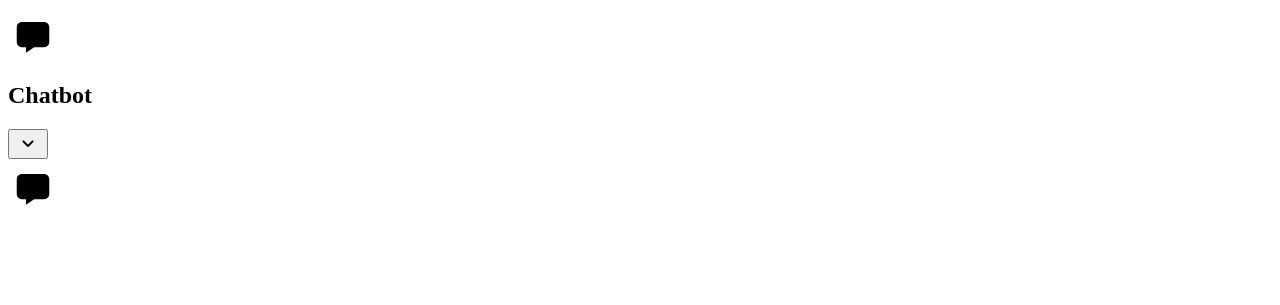
Repository: gogg23/chatbot
Page: / (app in chatbot/)
These files come from the project's save history. The page is drawn as it stood at one moment and after the next save; the edit follows.
The browser window is 1280 px wide. The pictures show the whole page.
The project was rebuilt for these pictures with package versions that can differ from the ones it lists, and the page was loaded fresh each time. Also part of the build but not shown: chatbot/vite.config.js, chatbot/src/index.css.

Above is the page before, as saved 2025-01-09 11:52:19.

After the next save:
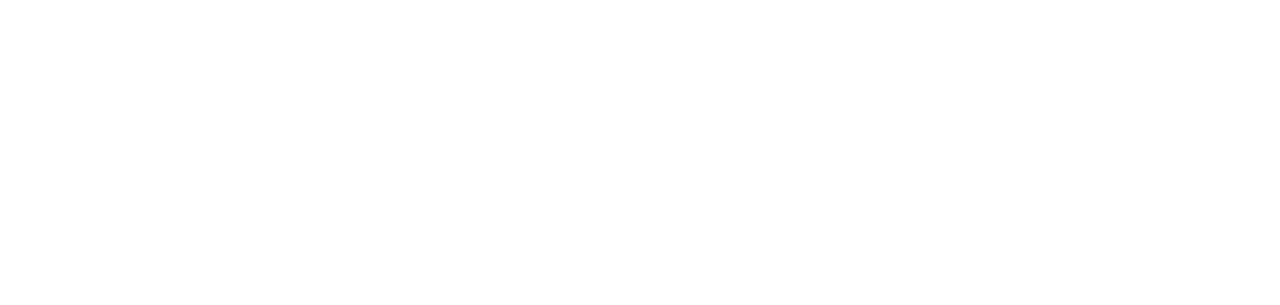
Console error (its wording comes from the project's code and is left out).
Saved 89 s later.
--- a/chatbot/src/App.jsx
+++ b/chatbot/src/App.jsx
@@ -18,7 +18,9 @@
         <div className='chat-body'>
           <div className='message bot-message'>
             <ChatbotIcon />
-            <p className='message-text'></p>
+            <p className='message-text'>
+              Hey there <br>How can I help you today?</br>
+            </p>
           </div>
         </div>
       </div>

After the save that followed:
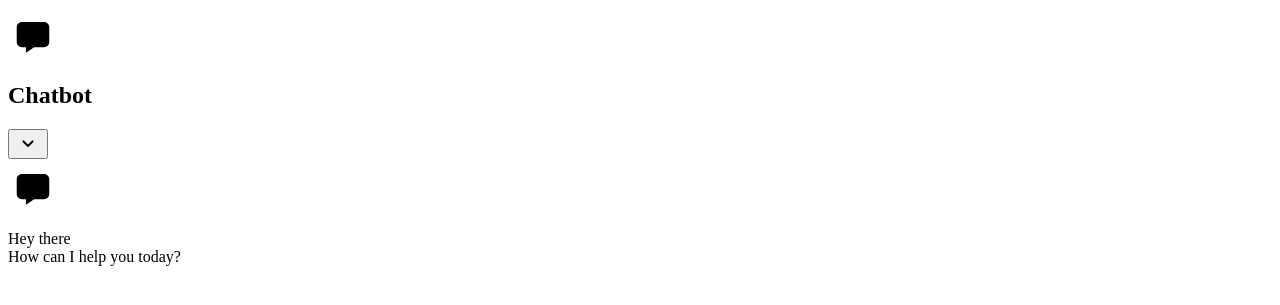
The error is gone.
Saved 8 min 41 s later.
--- a/chatbot/src/App.jsx
+++ b/chatbot/src/App.jsx
@@ -19,7 +19,8 @@
           <div className='message bot-message'>
             <ChatbotIcon />
             <p className='message-text'>
-              Hey there <br>How can I help you today?</br>
+              Hey there <br />
+              How can I help you today?
             </p>
           </div>
         </div>
